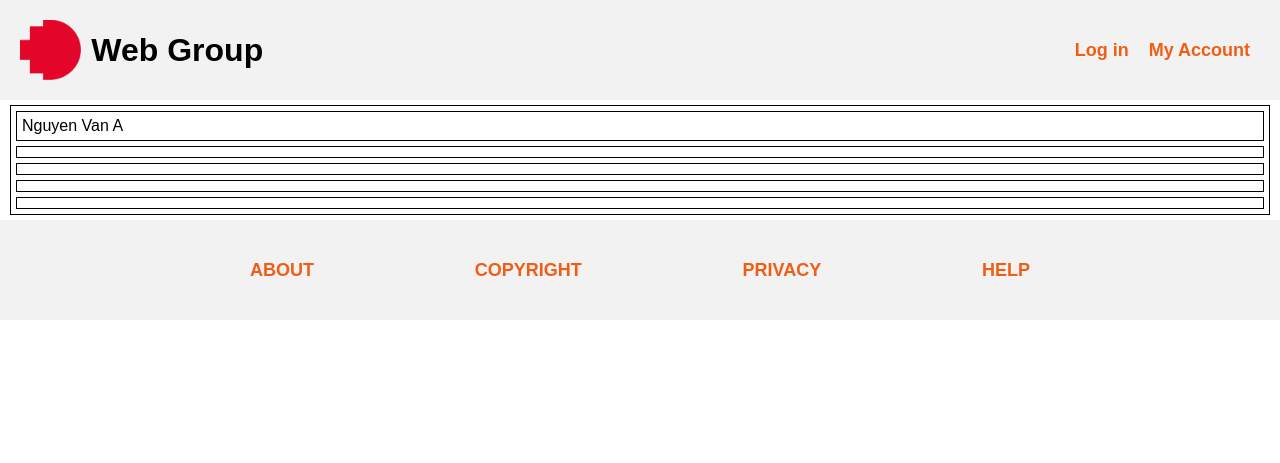
Repository: quynguyn/shoopingweb
Page: shipper.html
These files come from the project's save history. The page is drawn as it stood at one moment and after the next save; the edit follows.
The browser window is 1280 px wide. The pictures show the whole page.

Above is the page before, as saved 2023-05-04 14:55:34.

After the next save:
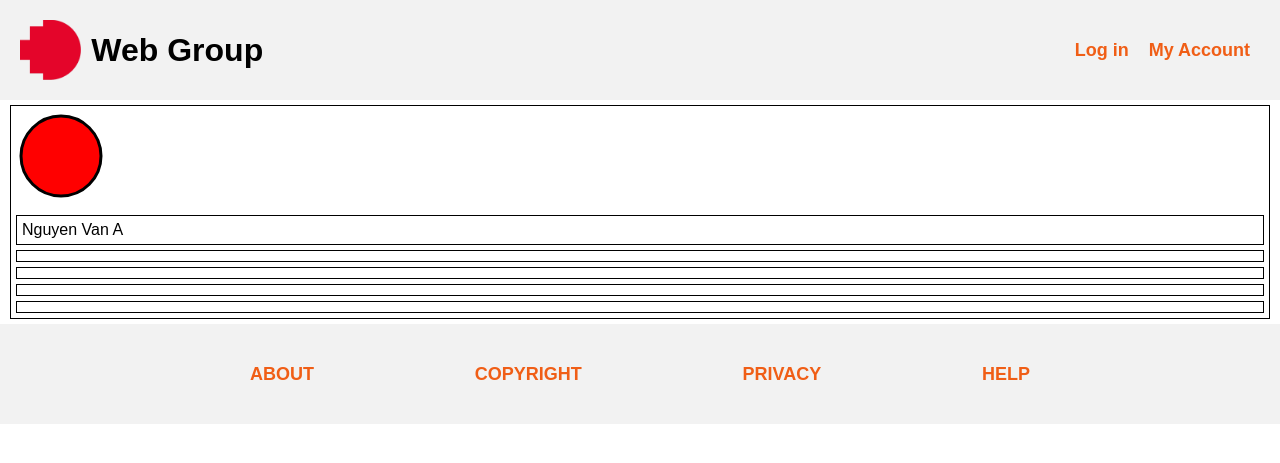
Saved 36 s later.
--- a/shipper.html
+++ b/shipper.html
@@ -27,7 +27,9 @@
 	<div class="main-container">
 		<div class="orders-container">
 			<div class="activity">
-
+				<svg height="100" width="100">
+					<circle cx="50" cy="50" r="40" stroke="black" stroke-width="3" fill="red" />
+				</svg>
 			</div>
 			<div class="order">
 				<div class="information-container">
